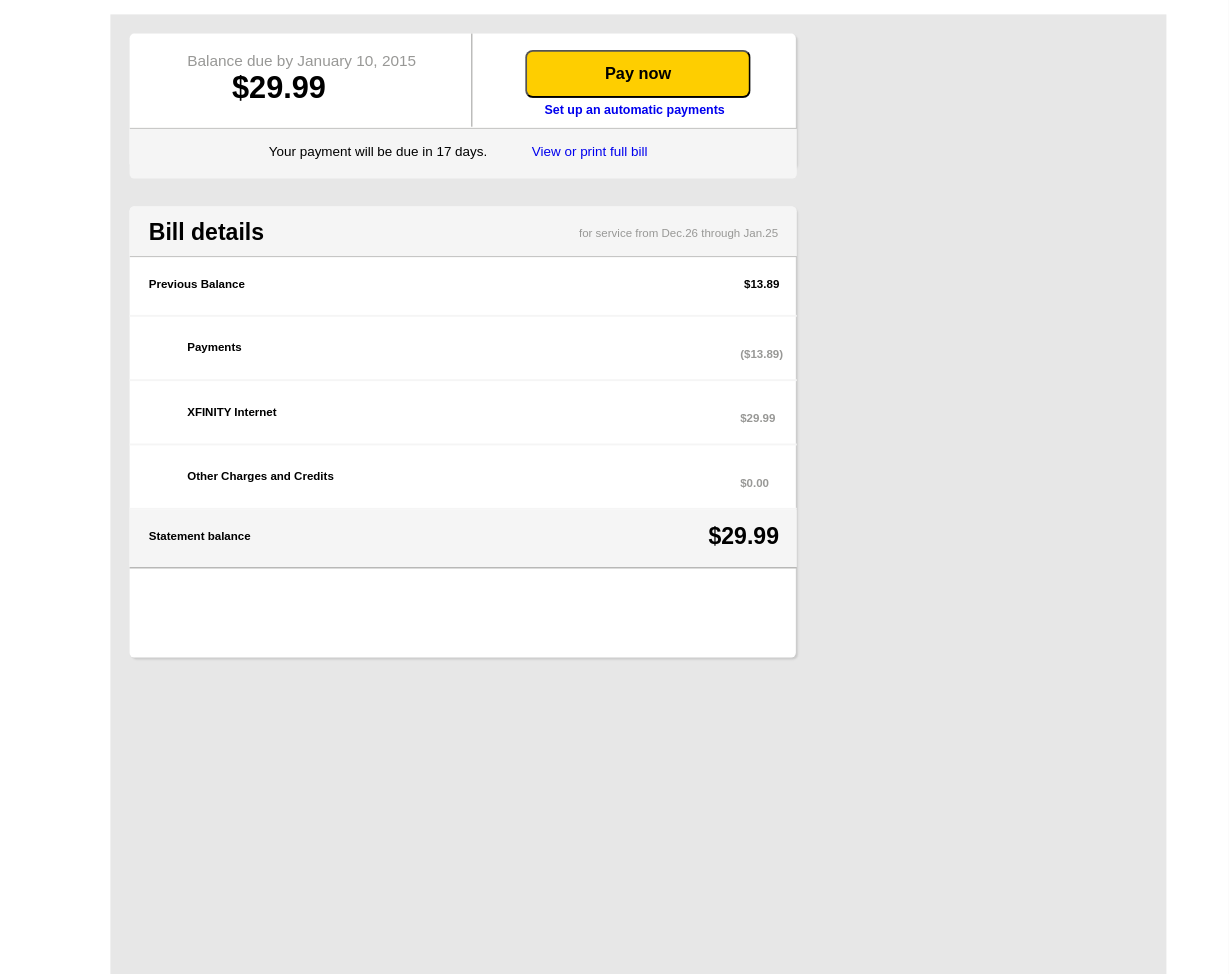
Repository: Sakivaday/UI-TSQ
Page: Aptana Studio 3 Workspace/tsq/assignment3/comcast2.html
The author's editor kept a copy of each file at every save. The page is drawn from the files as they stood at one save, then again after the next save.
The browser window is 1280 px wide. The pictures show the whole page, at 96% of full size.
Pictures or frames that could not be fetched are drawn as grey boxes.

Above is the page before, as saved 2015-01-21 03:13:04.

### Aptana Studio 3 Workspace/tsq/assignment3/comcast2.html
<!DOCTYPE html>
<html lang="en">
	<head>


		<title>comcast2</title>
		<link href="comcst2.css" rel="stylesheet" type="text/css" media="all"/>
	</head>

	<body>
		<div class="bigbox">
			<div class="topleft1">

				<div class="cash">
					<p>Balance due by January 10, 2015</p>
					<h1>$29.99</h1>
				</div>
				<div class="pay">
					<button>Pay now</button>
					<a href="#">Set up an automatic payments</a>
				</div>
				<div class="days">
					<ul><li>
					<p>Your payment will be due in 17 days.
					<a href="#">View or print full bill</a></p>
				</li></ul>
				</div>
				</div>

			<div class="topleft2">
				<div class="billdetails">
					<h2>Bill details</h2>
					<div class="questionmark"></div>
					<p>for service from Dec.26 through Jan.25</p>
				</div>
			<div class="previousbalance">
				<p id="pb">Previous Balance</p>
				<p id="cc">$13.89</p>
			</div>
			<div class="rectbox1">
				<ul>
					<li>
						<div class="arrow"><p class="lft">Payments</p>
						</div>
						<p class="bill">($13.89)</p>
					</li></ul></div>

			<div class="rectbox1">	<ul>    <li>
						<div class="arrow"><p class="lft">XFINITY Internet</p>
						</div>
						<p class="bill">$29.99</p>
			</li></ul></div>
			<div class="rectbox1"><ul>		<li>
						<div class="arrow"><p class="lft">Other Charges and Credits</p>
						</div>
						<p class="bill">$0.00</p>
			</li></ul></div>
		<div class="statement">
					<p id="sb">Statement balance</p>
					<h2 id="p">$29.99</h2>
				</div>



			</div>



		</div>



	</body>
</html>

### Aptana Studio 3 Workspace/tsq/assignment3/comcst2.css
*{
	padding:0px;
	margin:0px;
	font-family: "Arial";
	text-decoration: none;
	list-style: none;
}
.bigbox {
	width:1100px;
	height: 1000px;
	margin-left:115px;
	margin-top: 15px;
	background-color: #e7e7e7;
}
.topleft1{
	width: 694px;
	height: 140px;
	background-color: white;
	box-shadow: 2px 2px 2px #cacaca;
	border-radius: 5px;
	margin-left: 20px;
	margin-top: 20px;
	display: inline-block;
}
.cash{
	float:left;
	margin-left: 30px;
	margin-top:20px;
	width: 47%;
}
.cash p{
	color: #989896;
	margin-left: 30px;
}
.cash h1{
	text-align: center;
	margin-left: -75px;
}
button{
	background-color: #fece00;
	width: 235px;
	height: 50px;
	border-radius: 8px;
	font-weight: bold;
	font-size: 17px;
	float:left;
	margin-left: 55px;
	margin-top: 17px;
}
.pay a{
	font-size: 13px;
	font-weight:600;
	margin-left: 75px;
	padding-top: 5px;
	padding-bottom: 10px;
	display: inline-block;
}
.pay{
	width: 47%;
	float:left;
	border-left: 1px solid #989896;
}
.days{
	background-color: #F5F5F5;
	border-top: 1px solid #989896;
	height: 52px;
	width: 695px;
	margin-top: 98px;
	border-radius: 0px 0px 5px 5px;
}
.days ul li p{
	margin-left: 145px;
	margin-top: 16px;
	font-size: 14px;
}
.days ul li a{
	font-size:14px;
	margin-left: 274px;
    display:inherit;
    margin-top: -17px;
}
.pdf{
	margin-left: 500px;
	margin-top: 16px;
	font-size: 14px;
}
.topleft2{
	width: 694px;
	height: 470px;
	background-color: white;
	box-shadow: 2px 2px 2px #cacaca;
	border-radius: 5px;
	margin-left: 20px;
	margin-top: 40px;
	display: inline-block;
}
.billdetails{
    background-color: #F5F5F5;
	border-bottom: 1px solid #989896;
	height: 52px;
	width: 695px;
	border-radius: 5px 5px 0px 0px;
}
.billdetails h2{
	margin-top: 13px;
	margin-left: 20px;
	float: left;
}
.questionmark{
	background: url('pictures/sprite.png') no-repeat;
	width:14px;
	height:14px;
	background-position: -200px -1300px;
	float: left;
	margin-top: 21px;
	margin-left: 10px;
}
.billdetails p{
	margin-top: -14px;
	margin-left: 328px;
	float:left;
	font-size: 12px;
	color: #989896;
}
.previousbalance{
	border-bottom: 2px solid #F5F5F5;
	height: 60px;
	width: 695px;
}
#pb{
	margin-left:20px;
	margin-top: 21px;
	font-weight:600;
	float:left;
	font-size: 12px;
}
#cc{
	margin-left:520px;
	margin-top: 21px;
	font-weight:600;
	float: left;
	font-size: 12px;
}
.arrow{
	background: url('pictures/sprite.png') no-repeat;
	width:23px;
	height:23px;
	background-position: -101px -500px;
	float: left;
	margin-top: 21px;
	margin-left: 20px;
}
.lft{
	float: left;
	margin-top: 4px;
	margin-left: 40px;
	font-weight:600;
	font-size: 12px;
	width: 160px;
}
.bill{
	float: left;
	margin-top: -12px;
	margin-left: 636px;
	font-weight:600;
	font-size: 12px;
	color: #989896;
	display:inline-block;
}
.rectbox1{
	border-bottom: 2px solid #F5F5F5;
	height: 65px;
	width: 695px;
}
.statement{
	border-bottom: 1px solid #989896;
	height: 60px;
	width: 695px;
	background-color: #F5F5F5;
}
#sb{
	margin-left:20px;
	margin-top: 21px;
	font-weight:600;
	float:left;
	font-size: 12px;
}
#p{
	margin-left: 603px;
	margin-top: -21px;
	float: left;
}

After the next save:
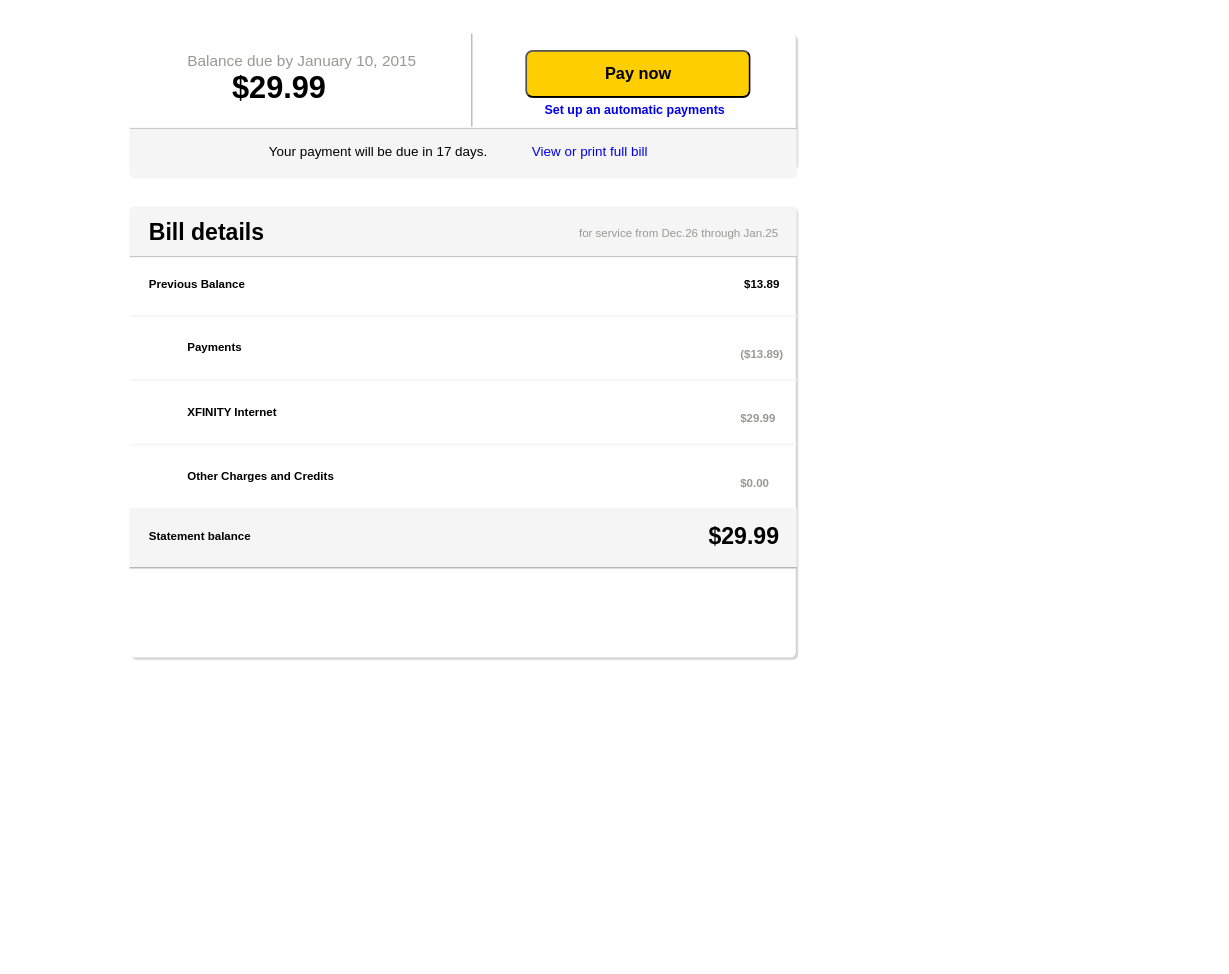
Saved 13 s later.
--- a/Aptana Studio 3 Workspace/tsq/assignment3/comcst2.css
+++ b/Aptana Studio 3 Workspace/tsq/assignment3/comcst2.css
@@ -10,7 +10,6 @@
 	height: 1000px;
 	margin-left:115px;
 	margin-top: 15px;
-	background-color: #e7e7e7;
 }
 .topleft1{
 	width: 694px;

After the save that followed:
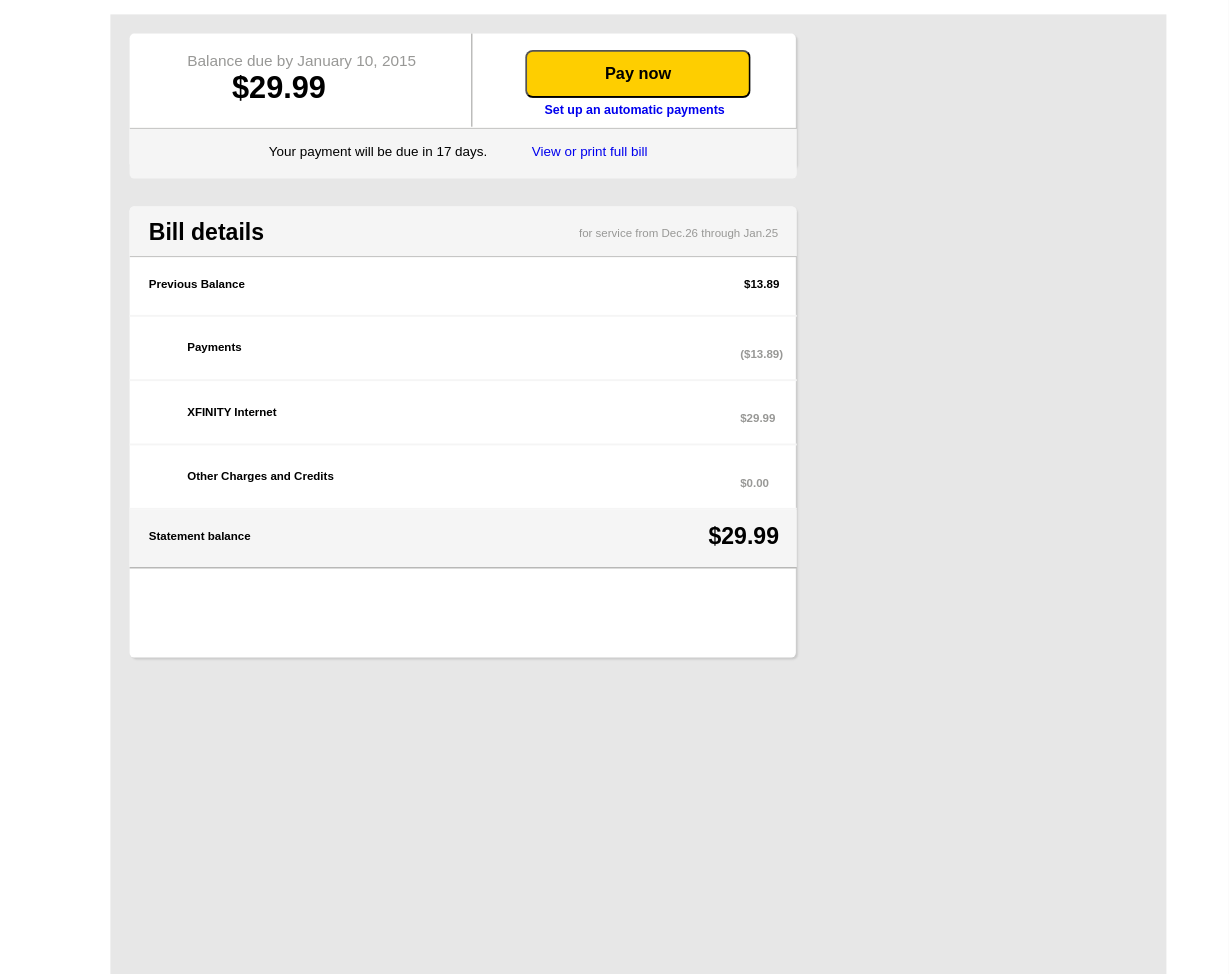
Saved 20 s later.
--- a/Aptana Studio 3 Workspace/tsq/assignment3/comcst2.css
+++ b/Aptana Studio 3 Workspace/tsq/assignment3/comcst2.css
@@ -10,6 +10,7 @@
 	height: 1000px;
 	margin-left:115px;
 	margin-top: 15px;
+	background-color: #e7e7e7;
 }
 .topleft1{
 	width: 694px;
